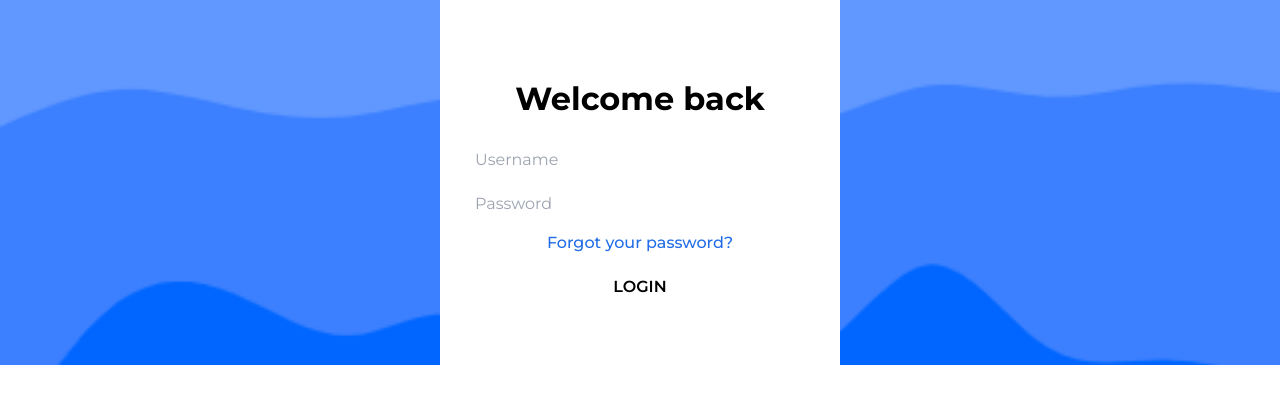
Repository: SatohJiro/CourseSale
Page: /
An editor plug-in stored every save of this project. The page is shown before and after the next save, followed by the edit.
The browser window is 1280 px wide. The pictures show the whole page.
The project was rebuilt for these pictures with package versions that can differ from the ones it lists, and the page was loaded fresh each time. Also part of the build but not shown: src/pages/Home/index.js, src/pages/Courses/index.js, src/layout/DefaultLayout/DefaultLayout.module.scss, src/layout/components/Header/Header.module.scss, src/layout/components/Header/index.js, src/layout/components/Sidebar/Sidebar.module.scss, src/layout/components/Sidebar/index.js, src/layout/DefaultLayout/index.js.

Above is the page before, as saved 2022-12-05 11:04:34.

After the next save:
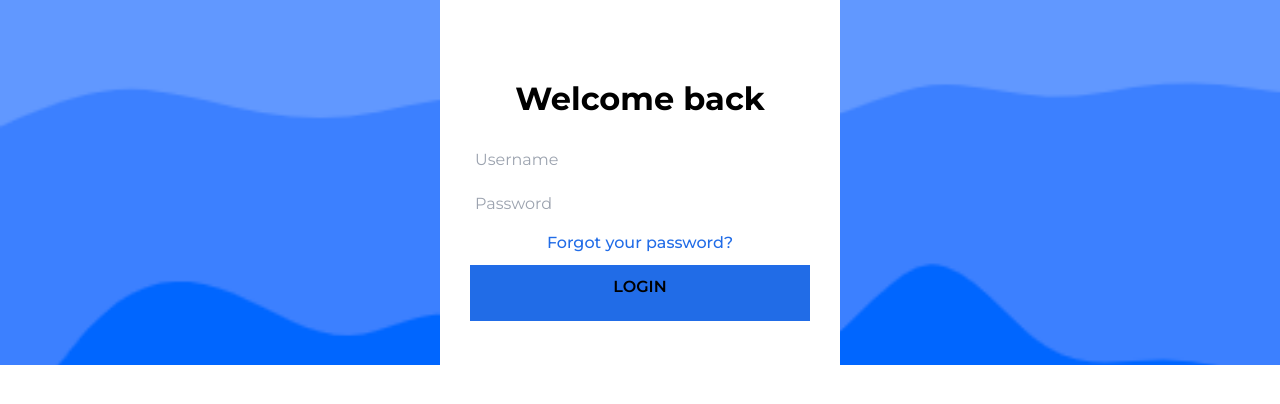
Saved 47 s later.
--- a/src/pages/Login/Login.jsx
+++ b/src/pages/Login/Login.jsx
@@ -12,7 +12,7 @@ const Login = () => {
             <a href="#" className="text-link font-medium">
               Forgot your password?
             </a>
-            <butotn className="uppercase font-semibold w-full h-[56px] py-4">
+            <butotn className="uppercase font-semibold w-full h-[56px] py-4 bg-link">
               Login
             </butotn>
           </form>
